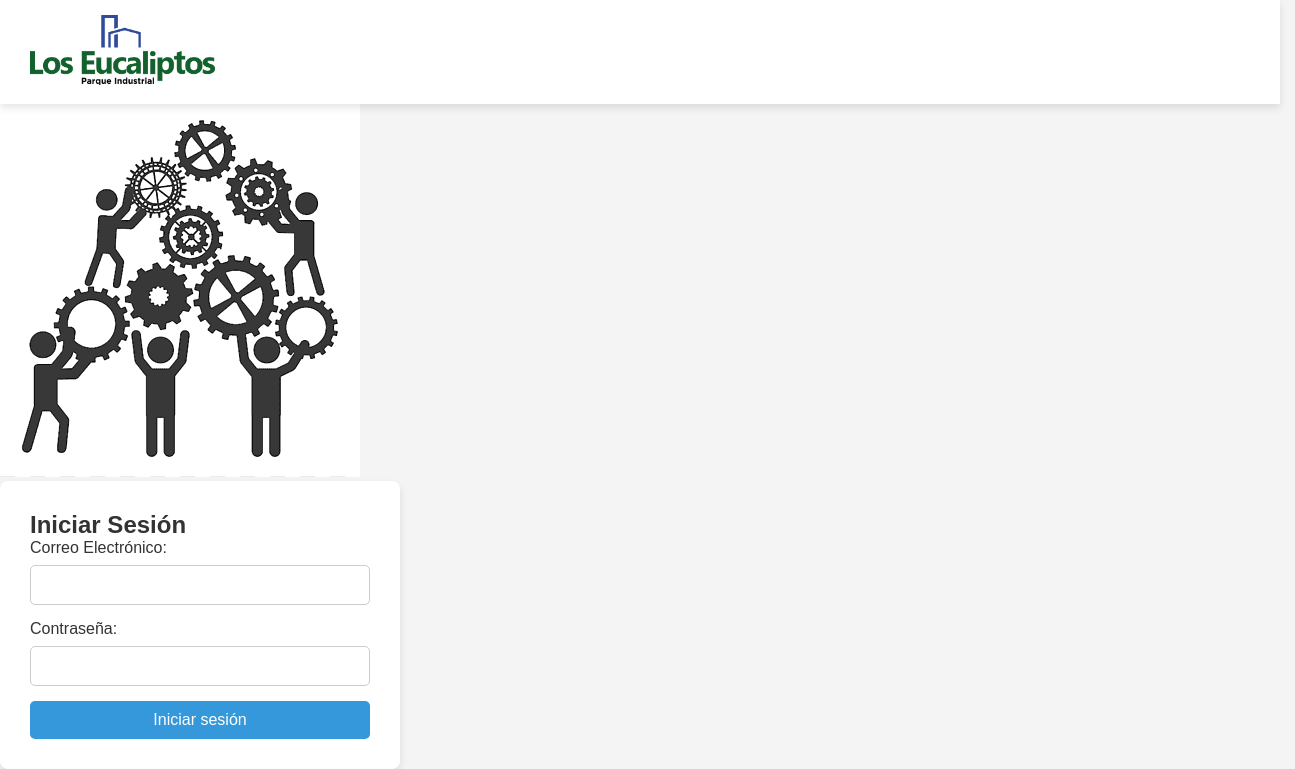
Repository: Los-Eucaliptos-WebApp/Los-Eucaliptos-FrontEnd
Page: pages/los-eucaliptos-register/index.html
An editor plug-in stored every save of this project. The page is shown before and after the next save, followed by the edit.
The browser window is 1280 px wide. The page is 1280 px wide, then 1295 px, so the pictures cover 1295 px, including what lies to the right of the window. The pictures show the whole page.

Above is the page before, as saved 2025-02-17 02:08:16.

### pages/los-eucaliptos-register/index.html
<!DOCTYPE html>
<html lang="es">
<head>
    <meta charset="UTF-8">
    <meta name="viewport" content="width=device-width, initial-scale=1.0">
    <title>Los Eucaliptos</title>
    <link rel="icon" href="/assets/ícono-los-eucaliptos.png" type="image/png">
    <link rel="stylesheet" href="styles.css">
    <script src="script.js"></script>

</head>
<body>
    <header>
        <div class="logo">
            <img src="/assets/logo-los-eucaliptos.png" alt="Los Eucaliptos Logo">
        </div>
    </header>

<div class="content-container">
    <div class="left-side">
        <img src="/assets/login.png" alt="Imagen" class="content-image">
    </div>
    <div class="right-side">
        <form action="#" method="post" class="form-container">
            <h2>Iniciar Sesión</h2>
            <label for="email">Correo Electrónico:</label>
            <input type="email" id="email" name="email" required>
            <label for="password">Contraseña:</label>
            <input type="password" id="password" name="password" required>
            <button type="submit" class="submit-btn">Iniciar sesión</button>
        </form>
    </div>
</div>

</body>
</html>

### pages/los-eucaliptos-register/styles.css
/* RESET - Asegura que no haya márgenes o paddings indeseados */
* {
    margin: 0;
    padding: 0;
    box-sizing: border-box;
}

/* BODY - Estilo global */
body {
    font-family: Arial, sans-serif;
    background-color: #f4f4f4;
    color: #333;
    margin-top: 100px; /* Deja espacio para el encabezado fijo */
}

/* ENCABEZADO */
header {
    display: flex;
    justify-content: space-between;
    align-items: center;
    background: #ffffff;
    color: rgb(0, 0, 0);
    padding: 15px 30px;
    position: fixed;
    width: 100%;
    top: 0;
    z-index: 10;
    box-shadow: 0 4px 8px rgba(0, 0, 0, 0.1);
}

/* LOGO */
.logo img {
    height: 70px;
    margin-right: 10px;
}

/* CONTENEDOR DEL FORMULARIO DE REGISTRO */
.container-register {
    display: flex;
    justify-content: center;
    align-items: center;
    height: calc(100vh - 100px); /* Resta el espacio del header fijo */
    padding: 20px;
}

form {
    background-color: #ffffff;
    padding: 30px;
    border-radius: 8px;
    box-shadow: 0 4px 8px rgba(0, 0, 0, 0.1);
    width: 100%;
    max-width: 400px;
}

form label {
    display: block;
    font-size: 16px;
    margin-bottom: 8px;
    color: #333;
}

form input {
    width: 100%;
    padding: 10px;
    margin-bottom: 15px;
    border-radius: 5px;
    border: 1px solid #ccc;
    font-size: 16px;
}

form button {
    width: 100%;
    padding: 10px;
    background-color: #3498db;
    color: white;
    border: none;
    border-radius: 5px;
    font-size: 16px;
    cursor: pointer;
    transition: background-color 0.3s;
}

form button:hover {
    background-color: #2980b9;
}

Loaded but not shown: pages/los-eucaliptos-register/script.js (no stored copy; drawn as an empty file)

After the next save:
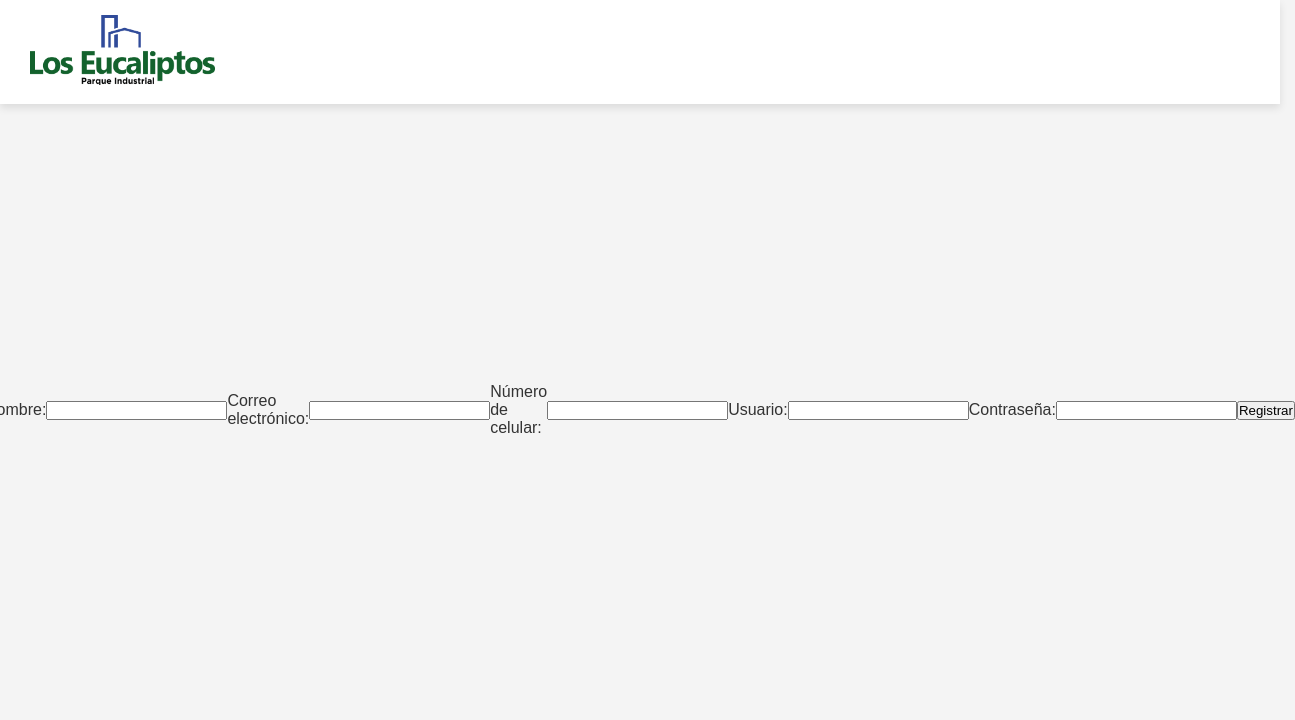
Saved 4 min 3 s later.
--- a/pages/los-eucaliptos-register/index.html
+++ b/pages/los-eucaliptos-register/index.html
@@ -16,21 +16,25 @@
         </div>
     </header>
 
-<div class="content-container">
-    <div class="left-side">
-        <img src="/assets/login.png" alt="Imagen" class="content-image">
-    </div>
-    <div class="right-side">
-        <form action="#" method="post" class="form-container">
-            <h2>Iniciar Sesión</h2>
-            <label for="email">Correo Electrónico:</label>
-            <input type="email" id="email" name="email" required>
+        <div class="container-register"
+        <form id="registroForm">
+            <label for="nombre">Nombre:</label>
+            <input type="text" id="nombre" required>
+
+            <label for="correo">Correo electrónico:</label>
+            <input type="email" id="correo" required>
+
+            <label for="celular">Número de celular:</label>
+            <input type="text" id="celular" required>
+
+            <label for="username">Usuario:</label>
+            <input type="text" id="username" required>
+
             <label for="password">Contraseña:</label>
-            <input type="password" id="password" name="password" required>
-            <button type="submit" class="submit-btn">Iniciar sesión</button>
+            <input type="password" id="password" required>
+
+            <button type="submit">Registrar</button>
         </form>
-    </div>
-</div>
-
+        </div>
 </body>
 </html>
